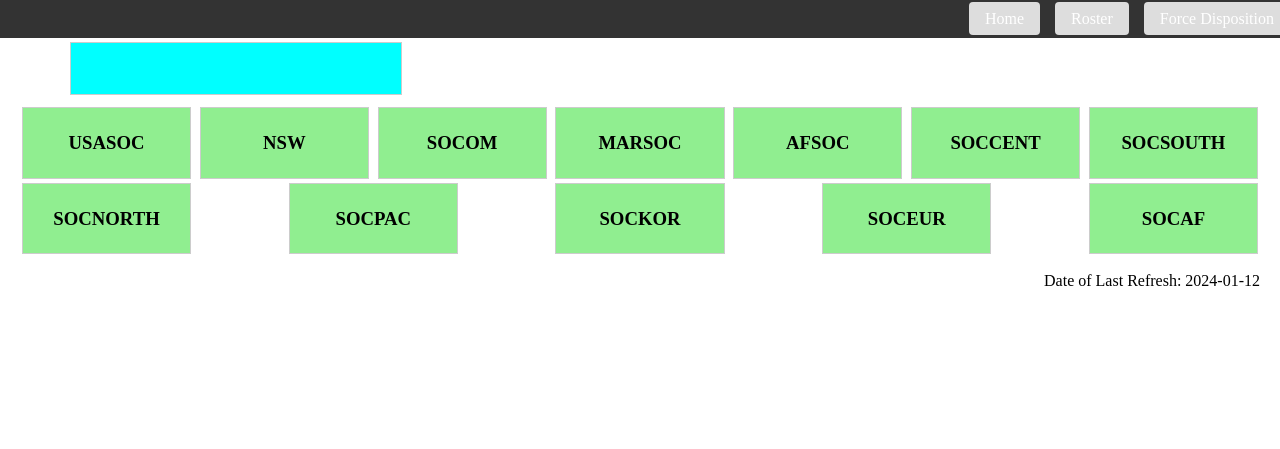
Repository: mjquesada/j2x_react
Page: /
The author's editor kept a copy of each file at every save. The page is drawn from the files as they stood at one save, then again after the next save.
The browser window is 1280 px wide. The pictures show the whole page.
The project was rebuilt for these pictures with package versions that can differ from the ones it lists, and the page was loaded fresh each time. Also part of the build but not shown: src/components/MetricDisplay.js, src/components/BarChart.js, src/components/Table.js, src/components/Dropdown.js, src/components/Button.js, src/components/Roster.jsx, src/components/Map.js, src/components/Force.jsx.

Above is the page before, as saved 2024-03-12 10:30:27.

After the next save:
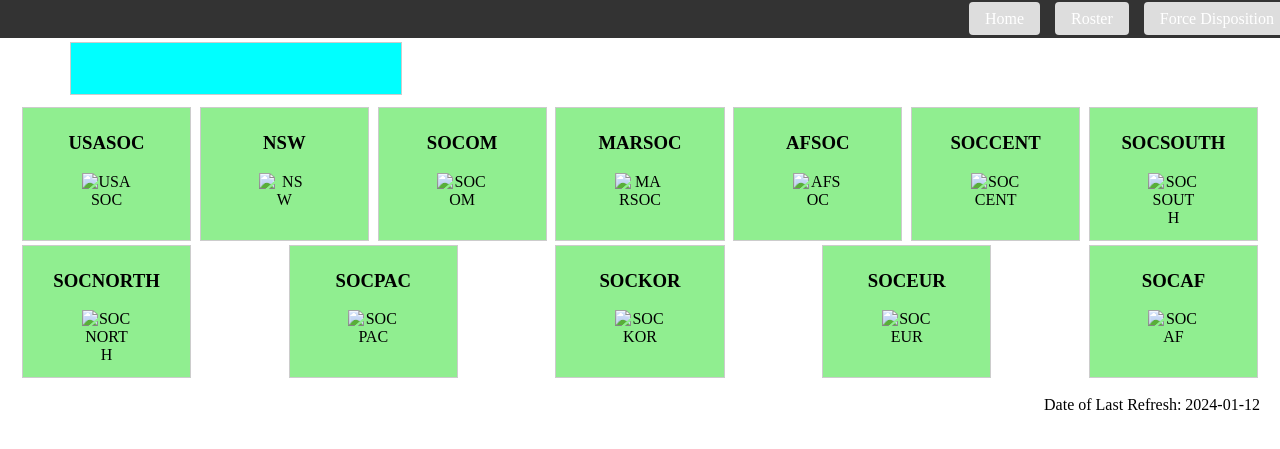
Saved 78 s later.
--- a/src/components/Tile.js
+++ b/src/components/Tile.js
@@ -1,11 +1,12 @@
 import React from "react";
 
-const Tile = ({ title, content, size }) => {
+const Tile = ({ title, image, content, size }) => {
   const tileClass = size === "large" ? "large-tile" : "small-tile";
 
   return (
     <div className={tileClass}>
       <h3>{title}</h3>
+      <img src={image} alt={title} className="tile-image" />
       <div>{content}</div>
     </div>
   );
